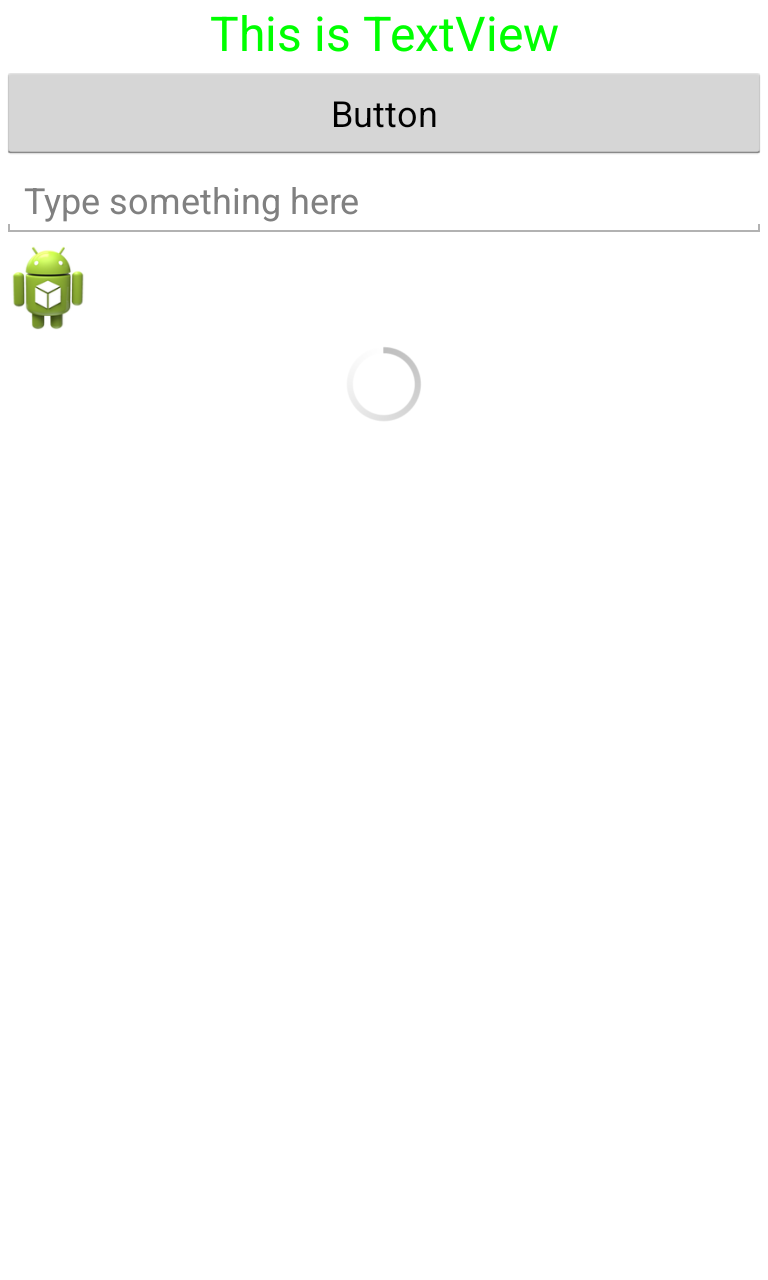
Repository: Wang-Xuan/Hello-World
Layout: UIWidgetTest/res/layout/activity_main.xml
These files come from the project's save history. The layout is drawn as it stood at one moment and after the next save; the edit follows.
It is drawn on a 768 x 1280 px phone screen (xhdpi) without system bars, with theme AppTheme; the app's code is not run.

Above is the layout before, as saved 2014-12-07 04:45:19.

### UIWidgetTest/res/layout/activity_main.xml
<LinearLayout xmlns:android="http://schemas.android.com/apk/res/android"
    xmlns:tools="http://schemas.android.com/tools"
    android:layout_width="match_parent"
    android:layout_height="match_parent"
    android:orientation="vertical" >

    <TextView
        android:id="@+id/text_view"
        android:layout_width="match_parent"
        android:layout_height="wrap_content"
        android:gravity="center"
        android:textSize="24sp"
        android:textColor="#00ff00"
        android:text="This is TextView" />

    <Button
        android:id="@+id/button"
        android:layout_width="match_parent"
        android:layout_height="wrap_content"
        android:text="Button" />

    <EditText
        android:id="@+id/edit_text"
        android:layout_width="match_parent"
        android:layout_height="wrap_content"
        android:hint="Type something here"
        android:maxLines="2" />

    <ImageView
        android:id="@+id/image_view"
        android:layout_width="wrap_content"
        android:layout_height="wrap_content"
        android:src="@drawable/ic_launcher" />

    <ProgressBar
        android:id="@+id/progress_bar"
        android:layout_width="match_parent"
        android:layout_height="wrap_content" />

</LinearLayout>

Loaded but not shown: UIWidgetTest/res/values/styles.xml (common file); UIWidgetTest/res/values-v11/styles.xml (common file); UIWidgetTest/res/values-v14/styles.xml (common file)

After the next save:
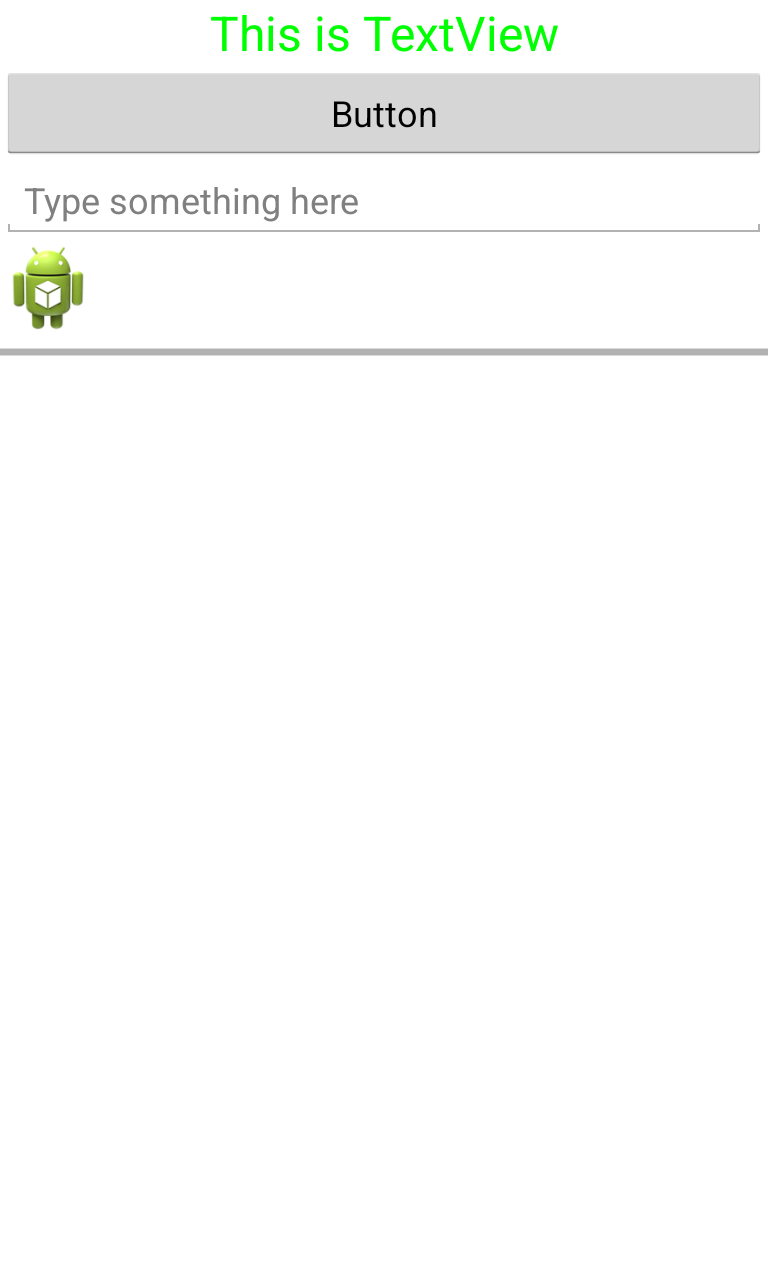
Saved 63 s later.
--- a/UIWidgetTest/res/layout/activity_main.xml
+++ b/UIWidgetTest/res/layout/activity_main.xml
@@ -35,6 +35,8 @@
     <ProgressBar
         android:id="@+id/progress_bar"
         android:layout_width="match_parent"
-        android:layout_height="wrap_content" />
+        android:layout_height="wrap_content"
+        style="?android:attr/progressBarStyleHorizontal"
+        android:max="100" />
 
 </LinearLayout>
